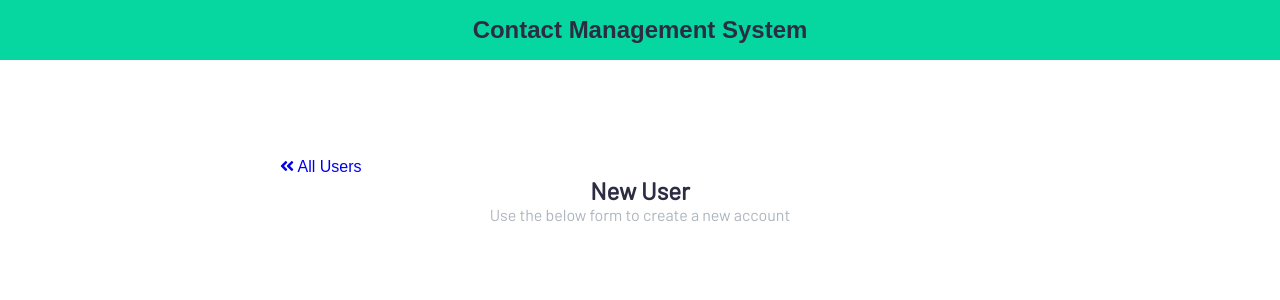
Repository: mohamed-makrani/Global_Development_Service_DBMS
Page: DBMS/views/add_user.html
An editor plug-in stored every save of this project. The page is shown before and after a run of saves, followed by the edit.
The browser window is 1280 px wide. The pictures show the whole page.
Some web fonts or font styles are not loaded; a fallback is used.

Above is the page before, as saved 2024-04-22 18:34:02.

### DBMS/views/add_user.html
<!DOCTYPE html>
<html lang="en">
<head>
    <meta charset="UTF-8">
    <meta name="viewport" content="width=device-width, initial-scale=1.0">
    <title>Management System</title>

    <link rel="stylesheet" href="https://cdnjs.cloudflare.com/ajax/libs/font-awesome/5.15.1/css/all.min.css" integrity="sha512-+4zCK9k+qNFUR5X+cKL9EIR+ZOhtIloNl9GIKS57V1MyNsYpYcUrUeQc9vNfzsWfV28IaLL3i96P9sdNyeRssA==" crossorigin="anonymous" />
    <link rel="stylesheet" href="../assets/css/style.css">
</head>
<body>

    <!-- Header -->
        <header id="header">
            <nav>
                <div class="container">
                    <div class="text-center">
                        <a href="/" class="nav-brand text-dark"> Contact Management System </a>
                    </div>
                </div>
            </nav>
        </header>
    <!-- /Header -->
        <!-- Main Site -->
        <main id="site-main">
            <div class="container">
                <div class="box-nav d-flex justify-between">

                    <div class="filter">
                        <a href="/"><i class="fas fa-angle-double-left"></i> All Users</a>
                    </div>
                </div>

                <div class="form-title text-center">
                    <h2 class="text-dark">New User</h2>
                    <span class="text-light">Use the below form to create a new account</span>
                </div>

                <!-- form handling -->
                <form method="POST" id="update_user">

                </form>
            </div>
        </main>
    <!-- /Main Site -->

### DBMS/assets/css/style.css
@import url('https://fonts.googleapis.com/css2?family=Barlow&family=PT+Sans&display=swap');

:root {
    --dark: #2b2d42;
    --light: #adb5bd;
    --border: #dee2e6;
    --border-btn: #edf2f4;
}

* {
    padding: 0;
    margin: 0;
    box-sizing: border-box;
}

a {
    text-decoration: none;
    font-family: 'PT Sans', sans-serif;
}

.container {
    max-width: 720px;
    margin: auto;
}

.nav-brand {
    font-size: 1.5em;
    font-weight: bold;
}

.d-flex {
    display: flex;
    flex-wrap: wrap;
}

.justify-between {
    justify-content: space-between;
}

.text-center {
    text-align: center;
}

.border-shadow {
    border: 1px solid var(--border-btn);
    box-shadow: 1px 3px 10px #e9ecef;
}

.text-dark {
    color: var(--dark);
}

.inline {
    display: inline-block;
}

.text-light {
    color: var(--light);
}

.text-gradient {
    background: linear-gradient(to right, #8e2de2, #4a00e0);
    -webkit-background-clip: text;
    background-clip: text;
    -webkit-text-fill-color: transparent;
}

#header nav {
    background-color: #06d6a0;
    padding: 1em 0;
    width: 100%;
}

#site-main {
    margin-top: 6em;
    font-family: 'Barlow', sans-serif;
}

#site-main .container .box-nav > a {
    font-size: 1em;
    padding: .5em 1em;
}

#site-main .container form {
    margin: 2em 0;
}

table {
    border-spacing: 0px;
    width: 100%;
}

.table td,
.table th {
    padding: 1.5em; /* Adjust padding to add space */
    vertical-align: top;
    text-align: center;
    border-top: 1px solid var(--border);
}

.table td > a.btn {
    display: inline-block;
    vertical-align: middle;
    margin-right: 0.2em;
}

.table tr {
    height: 3em;
}

.table tr:hover {
    background-color: #06d6a0;
}

.table tr:hover td > a {
    box-shadow: none;
}

.table .thead-dark th {
    color: #fff;
    background-color: var(--dark);
    border-color: #32383e;
}

@media only screen and (max-width: 1024px) {
    table,
    thead,
    tbody,
    th,
    td,
    tr {
        display: block;
    }

    thead tr {
        position: absolute;
        top: -9999px;
        left: -9999px;
    }

    tr {
        border: 1px solid var(--border);
    }

    td {
        border: none;
        position: relative;
    }
}

After the next 2 saves:
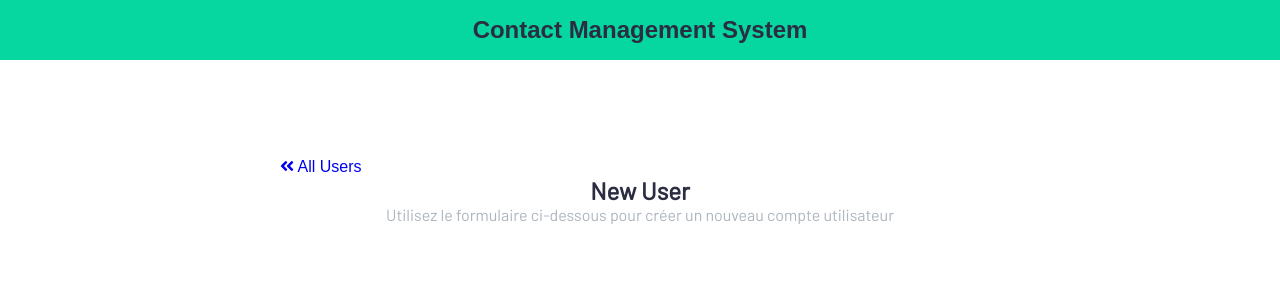
The 2 saves are shown as one change because they came seconds apart.
The last was saved 113 s later.
--- a/DBMS/views/add_user.html
+++ b/DBMS/views/add_user.html
@@ -33,7 +33,7 @@
 
                 <div class="form-title text-center">
                     <h2 class="text-dark">New User</h2>
-                    <span class="text-light">Use the below form to create a new account</span>
+                    <span class="text-light">Utilisez le formulaire ci-dessous pour créer un nouveau compte utilisateur</span>
                 </div>
 
                 <!-- form handling -->
